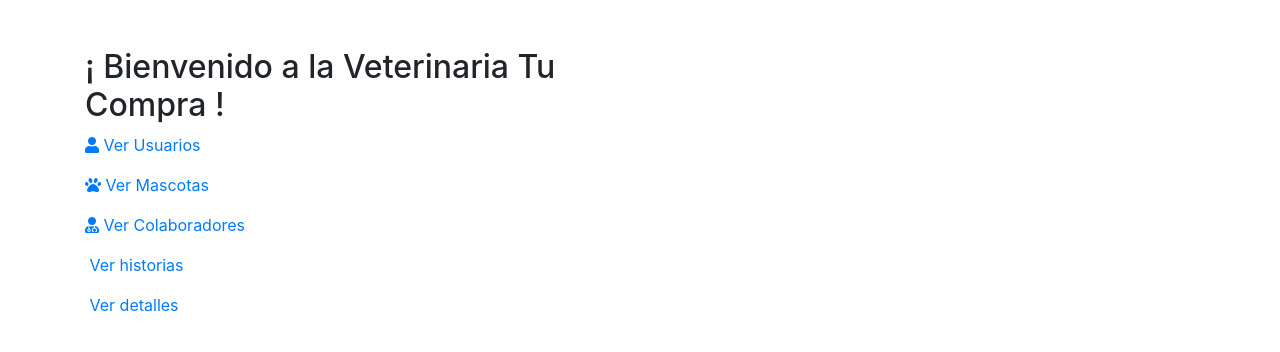
Repository: SebasBarrera/historial-clinico-veterinario
Page: historial-clinico-veterinario-backend/src/main/resources/static/index.html
An editor plug-in stored every save of this project. The page is shown before and after the next save, followed by the edit.
The browser window is 1280 px wide. The pictures show the whole page.
Some icons come from a web library that is not loaded, so they are not drawn. Some web libraries are served in a nearby version.

Above is the page before, as saved 2023-02-27 06:02:22.

After the next save:
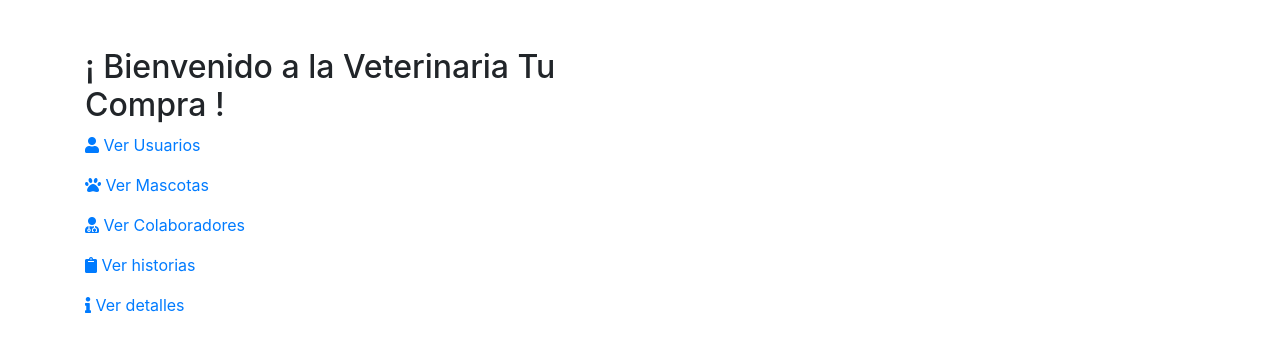
Saved 53 s later.
--- a/historial-clinico-veterinario-backend/src/main/resources/static/index.html
+++ b/historial-clinico-veterinario-backend/src/main/resources/static/index.html
@@ -23,8 +23,8 @@
 				<p><a href="/usuario/"><i class="fas fa-user"></i> Ver Usuarios</a></p>
 				<p><a href="/mascota/"><i class="fas fa-paw"></i> Ver Mascotas</a></p>
 				<p><a href="/colaborador/"><i class="fas fa-user-md"></i> Ver Colaboradores</a></p>
-				<p><a href="/historia/"><i class="fas fa-paw-simple"></i> Ver historias</a></p>
-				<p><a href="/detalle/"><i class="fas fa-user-doctor "></i> Ver detalles</a></p>
+				<p><a href="/historia/"><i class="fas fa-clipboard"></i> Ver historias</a></p>
+				<p><a href="/detalle/"><i class="fas fa-info "></i> Ver detalles</a></p>
 				<!-- <p><a href="/specialqueries/address/"><i class="fas fa-calendar ml-2"></i> Go to Special Queries</a></p>-->
 				<!--  <a href="/logout" class="btn btn-primary">Logout</a>-->
 			</div>
